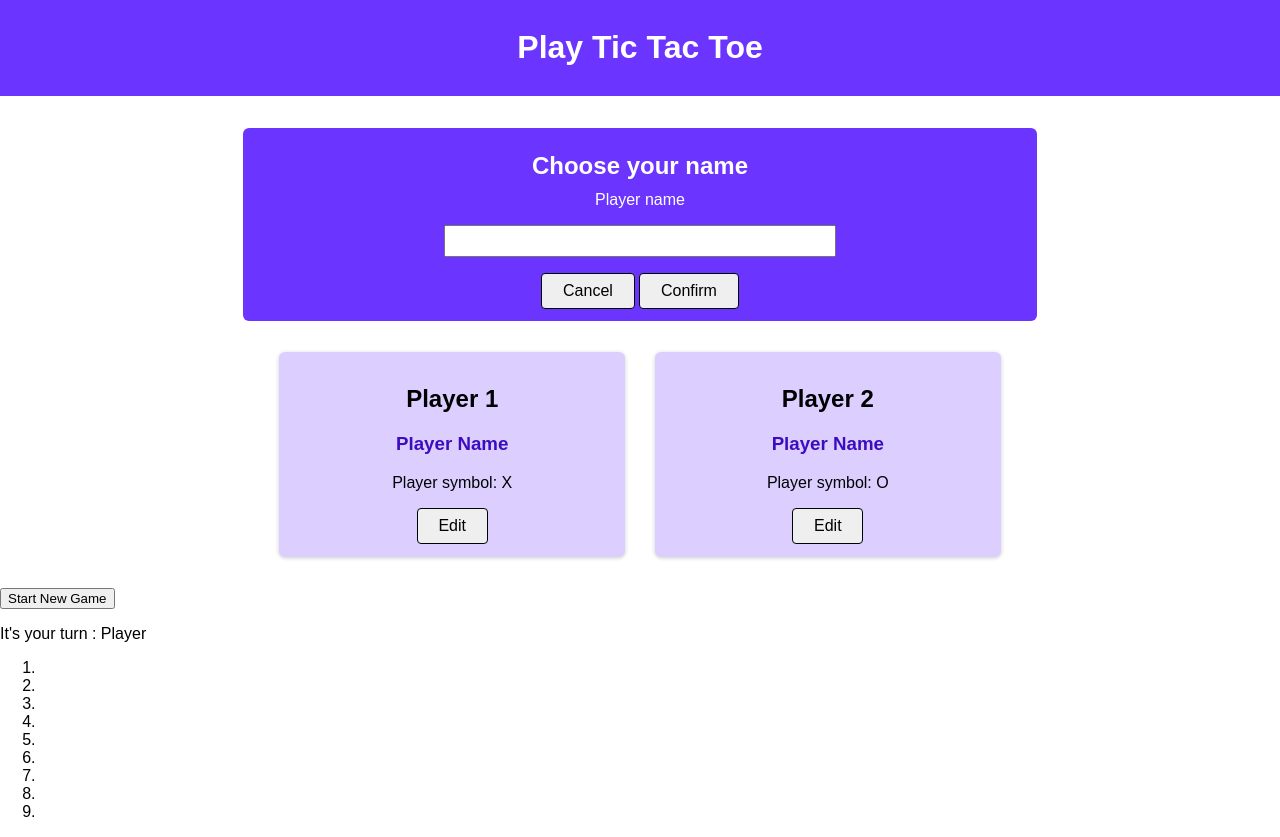
Repository: Harjot00/Wevdev
Page: Tic tac toe/index.html
An editor plug-in stored every save of this project. The page is shown before and after a run of saves, followed by the edit.
The browser window is 1280 px wide. The pictures show the whole page.
Some web fonts or font styles are not loaded; a fallback is used.

Above is the page before, as saved 2022-05-21 00:42:08.

After the next 2 saves:
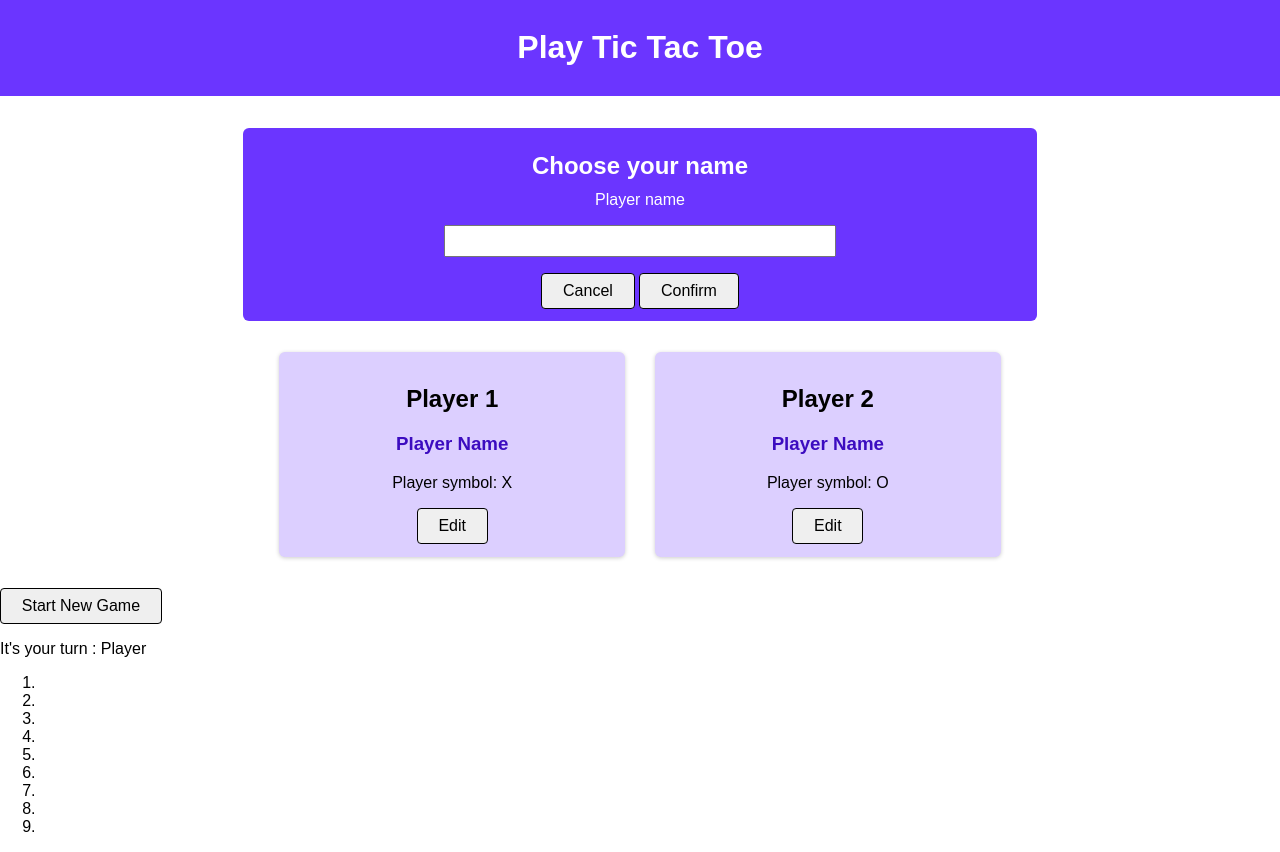
The 2 saves are shown as one change because they came seconds apart.
The last was saved 15 s later.
--- a/Tic tac toe/index.html
+++ b/Tic tac toe/index.html
@@ -44,7 +44,7 @@
                     <button class="btn-class">Edit</button>
                 </li>
             </ol>
-            <button  ">Start New Game</button>
+            <button id="start-btn">Start New Game</button>
         </div>
          <section id="active-game">
              <p>It's your turn : Player</p>
